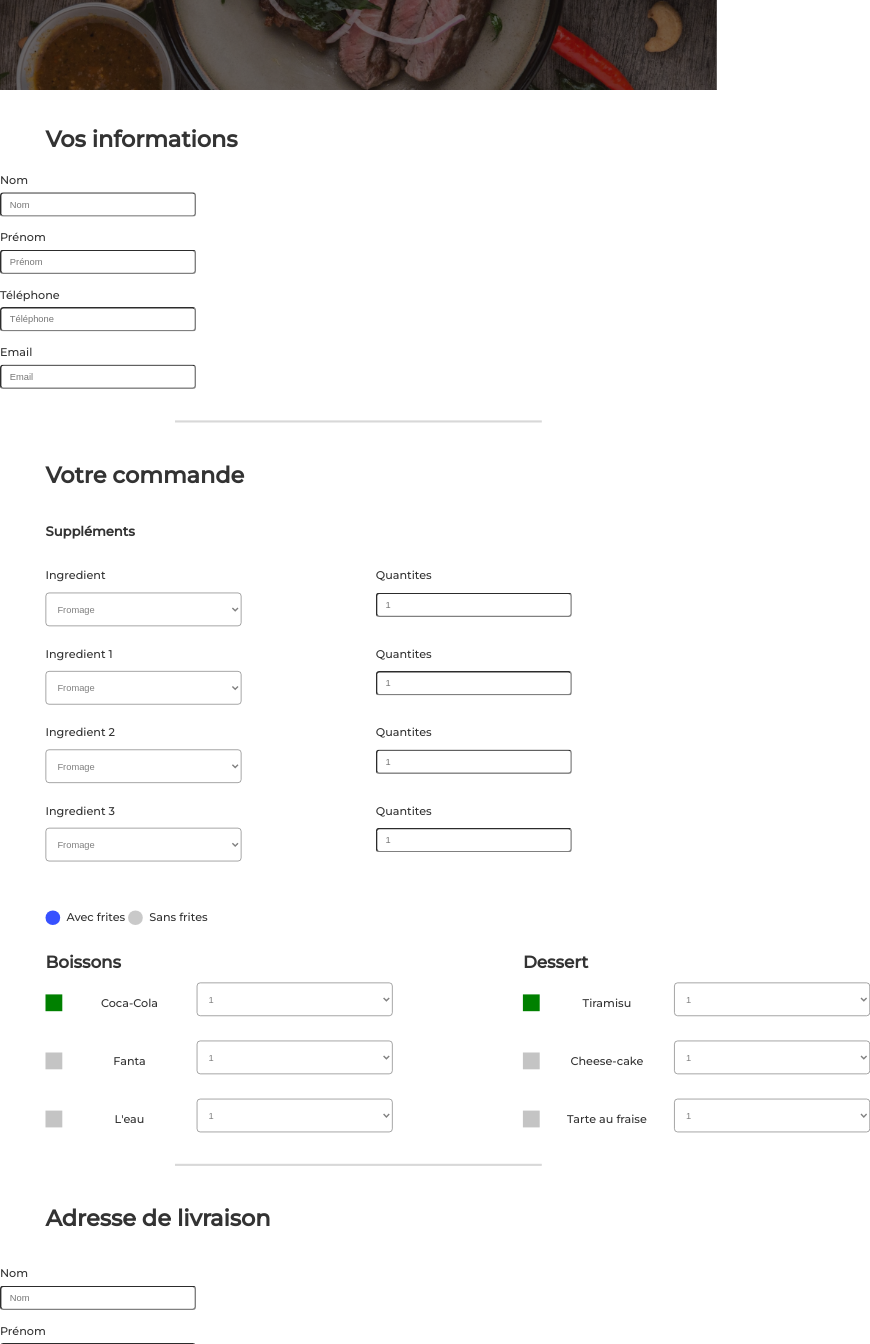
Repository: sisilass31/bella-olonje
Page: html/commande.html
The author's editor kept a copy of each file at every save. The page is drawn from the files as they stood at one save, then again after a run of saves.
The browser window is 1024 px wide. The page is 1243 px wide, so the pictures cover 1243 px, including what lies to the right of the window. The pictures show the part of the page from y = 622 to 2542 px (the page is 3252 px tall), at 70% of full size.
Some web libraries are served in a nearby version.

Above is the page before, as saved 2023-02-15 08:48:42.

After the next 2 saves:
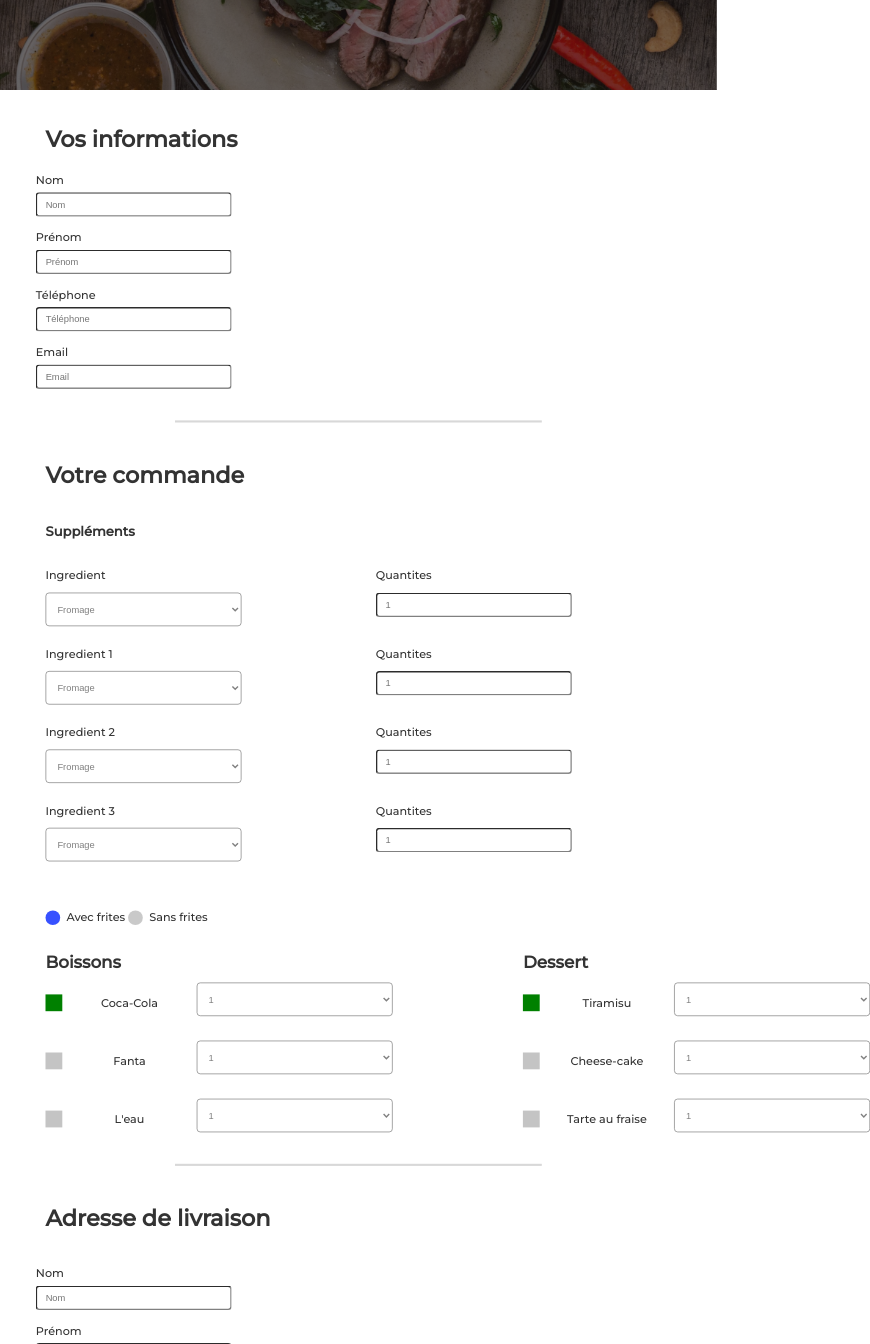
The 2 saves are shown as one change because they came seconds apart.
The last was saved 94 s later.
--- a/css/commande.css
+++ b/css/commande.css
@@ -423,11 +423,13 @@ button {
         flex-direction: column;
         justify-content: center;
         padding: 0;
+        margin-left: 5%;
     }
     .telephone_email {
         flex-direction: column;
         justify-content: center;
         padding: 0;
+        margin-left: 5%;
     }
 }
 /*responsive*/
